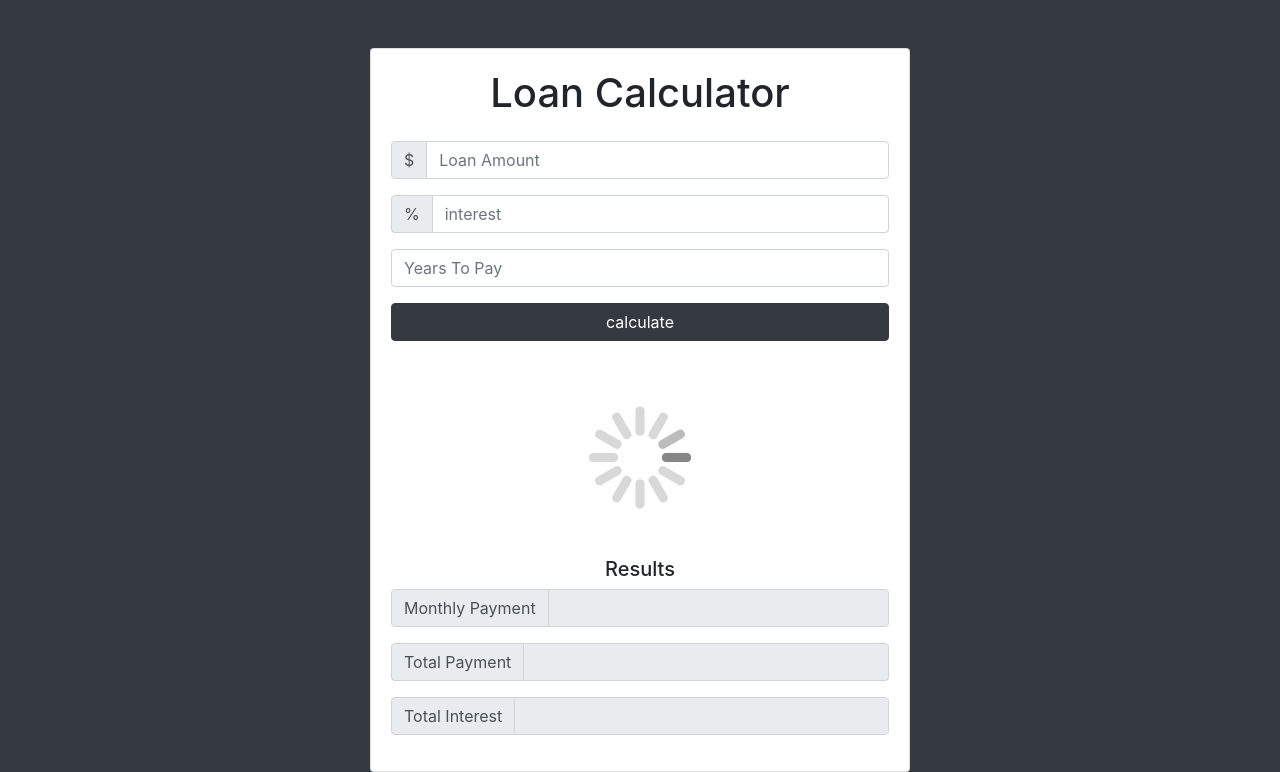
Repository: varun-project/LearningJs
Page: index.html
An editor plug-in stored every save of this project. The page is shown before and after a run of saves, followed by the edit.
The browser window is 1280 px wide. The pictures show the whole page.

Above is the page before, as saved 2019-07-29 23:41:01.

After the next 7 saves:
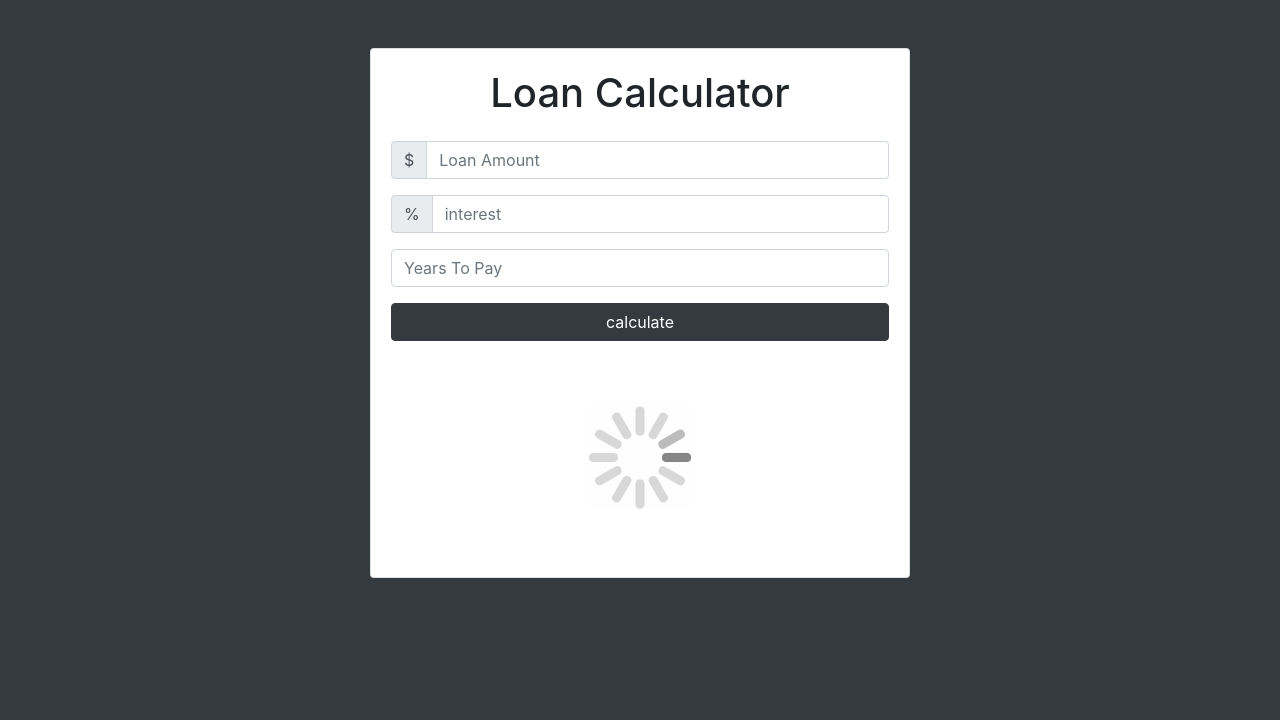
The 7 saves are shown as one change because they came seconds apart.
The last was saved 16 s later.
--- a/index.html
+++ b/index.html
@@ -17,7 +17,9 @@
     />
 
     <style>
-    #loading,#re
+    #loading,#results{
+      display: none;
+    }
 
     </style>
 
